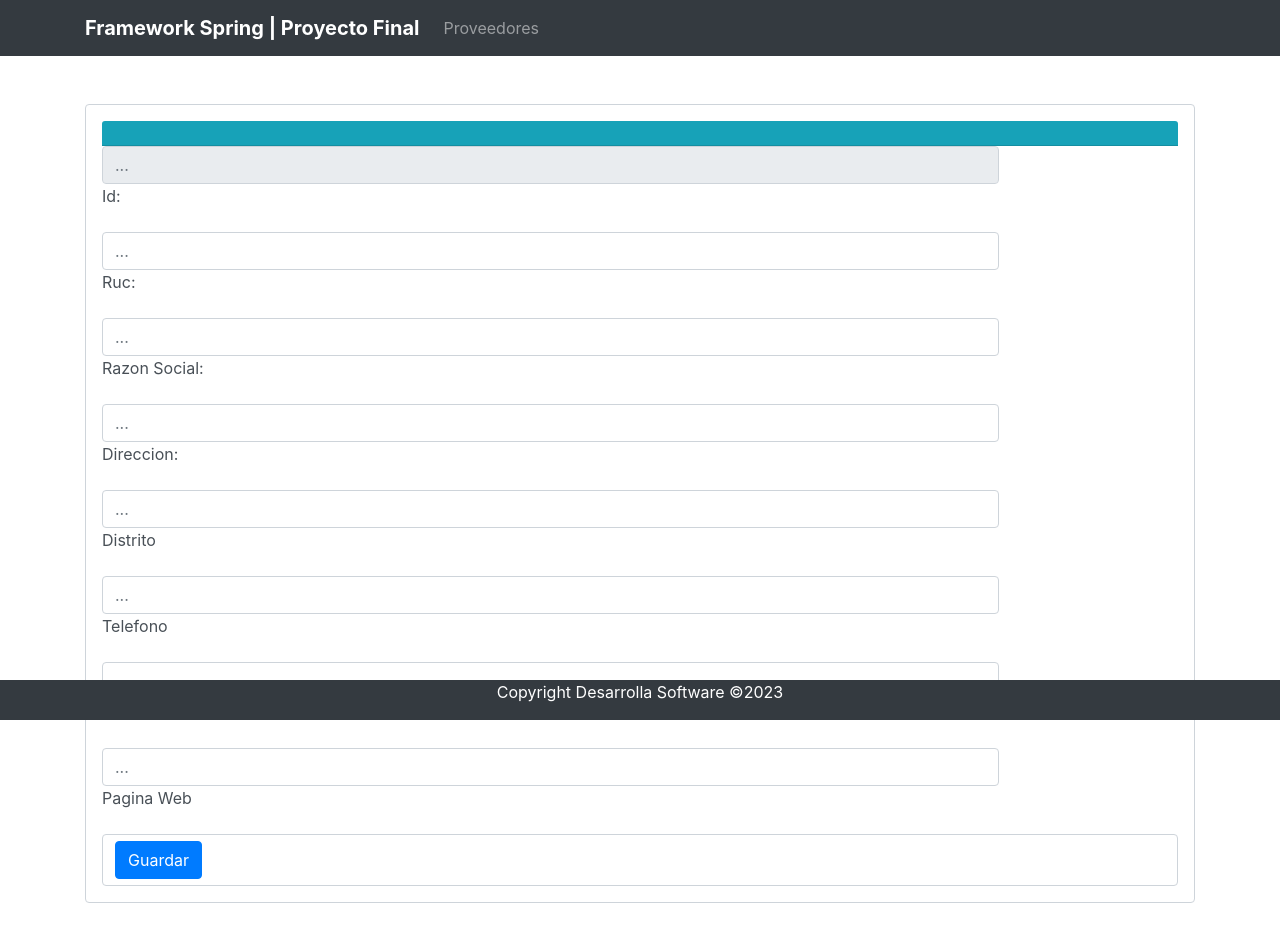
Repository: jeanyantas/proyecto-final-spring
Page: http://localhost/frmEditar
These files come from the project's save history. The page is drawn as it stood at one moment and after the next save; the edit follows.
The browser window is 1280 px wide. The pictures show the whole page.
The page is this project's Thymeleaf template; nobody is signed in. The template is opened directly, without the code that normally fills it, so the values that code supplies are empty.

Above is the page before, as saved 2023-01-15 21:28:00.

After the next save:
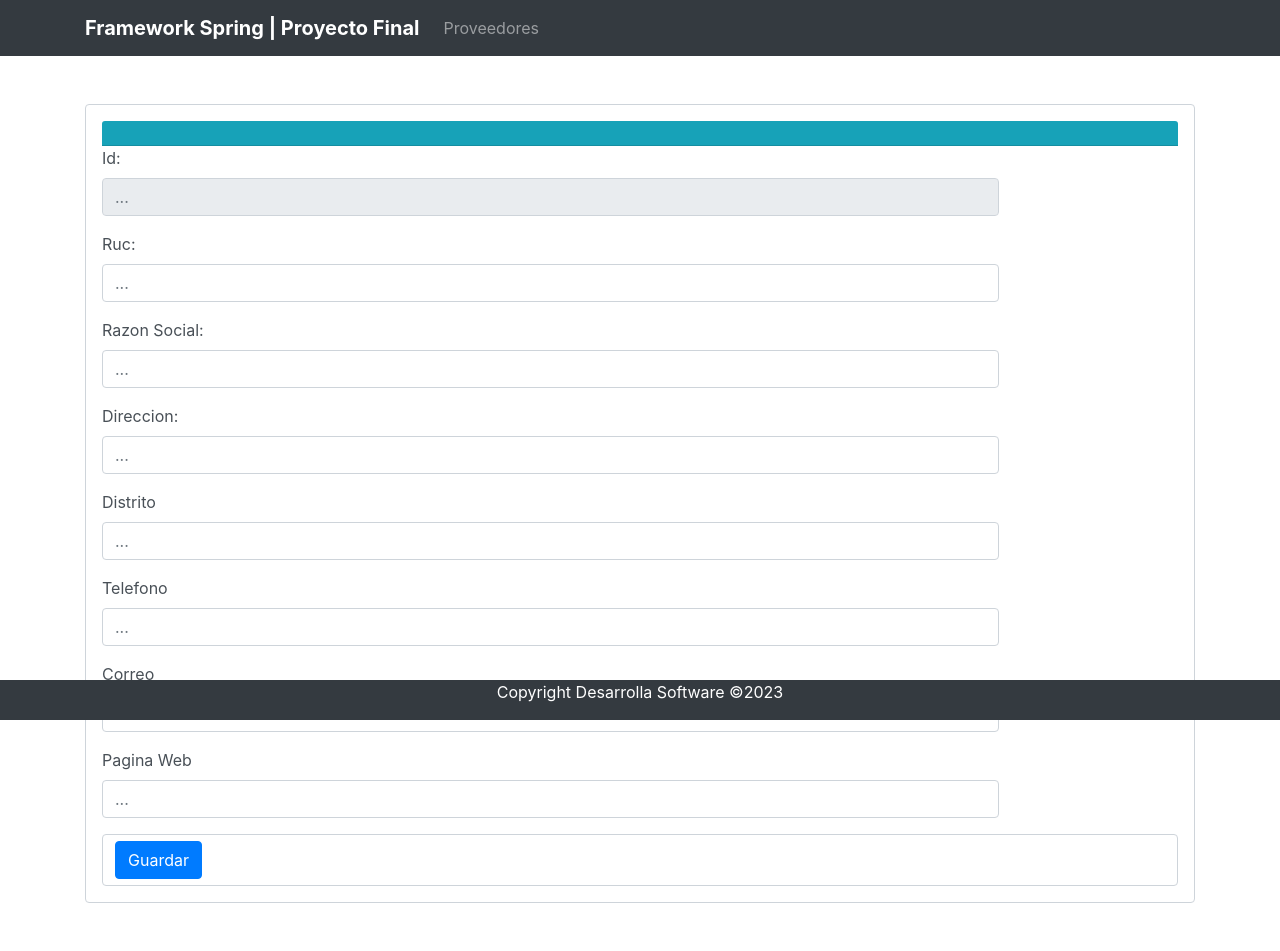
Saved 110 s later.
--- a/moduloProveedor/src/main/resources/templates/frmEditar.html
+++ b/moduloProveedor/src/main/resources/templates/frmEditar.html
@@ -6,37 +6,37 @@
 		<div class="container mt-2">
 			<form class="form-control p-3 my-5" th:action="@{/grabar}" th:object="${proveedor}" method="post">
 					<div class="card-header bg-info text-white" th:text="${titulo}"></div>
-					<div class="form-floating mb-3">
+					<div class="mb-3">
+						<label for="id">Id:</label>
 						<input type="text" readonly th:field="*{id}" class="form-control col-md-10" id="id" placeholder="...">
-						<label for="id">Id:</label>
+					</div>
+					<div class="mb-3">
+						<label for="ruc">Ruc:</label>
+						<input type="text" th:field="*{ruc}" class="form-control col-md-10" id="ruc" placeholder="...">
+					</div>
+					<div class="mb-3">
+						<label for="razonSocial">Razon Social:</label>
+						<input type="text" th:field="*{razonsocial}" class="form-control col-md-10" id="razonSocial" placeholder="...">
+					</div>
+					<div class="mb-3">
+						<label for="direccion">Direccion:</label>
+						<input type="text" th:field="*{direccion}" class="form-control col-md-10" id="direccion" placeholder="...">
+					</div>
+					<div class="mb-3">
+						<label for="distrito">Distrito</label>
+						<input type="text" th:field="*{distrito}" class="form-control col-md-10" id="distrito" placeholder="...">
+					</div>
+					<div class="mb-3">
+						<label for="telefono">Telefono</label>
+						<input type="text" th:field="*{telefono}" class="form-control col-md-10" id="telefono" placeholder="...">
 					</div>
 					<div class="form-floating mb-3">
-						<input type="text" th:field="*{ruc}" class="form-control col-md-10" id="ruc" placeholder="...">
-						<label for="ruc">Ruc:</label>
+						<label for="correo">Correo</label>
+						<input type="text" th:field="*{correo}" class="form-control col-md-10" id="correo" placeholder="...">
 					</div>
 					<div class="form-floating mb-3">
-						<input type="text" th:field="*{razonsocial}" class="form-control col-md-10" id="razonSocial" placeholder="...">
-						<label for="razonSocial">Razon Social:</label>
-					</div>
-					<div class="form-floating mb-3">
-						<input type="text" th:field="*{direccion}" class="form-control col-md-10" id="direccion" placeholder="...">
-						<label for="direccion">Direccion:</label>
-					</div>
-					<div class="form-floating mb-3">
-						<input type="text" th:field="*{distrito}" class="form-control col-md-10" id="distrito" placeholder="...">
-						<label for="distrito">Distrito</label>
-					</div>
-					<div class="form-floating mb-3">
-						<input type="text" th:field="*{telefono}" class="form-control col-md-10" id="telefono" placeholder="...">
-						<label for="telefono">Telefono</label>
-					</div>
-					<div class="form-floating mb-3">
-						<input type="text" th:field="*{correo}" class="form-control col-md-10" id="correo" placeholder="...">
-						<label for="correo">Correo</label>
-					</div>
-					<div class="form-floating mb-3">
+						<label for="paginaWeb">Pagina Web</label>
 						<input type="text" th:field="*{paginaweb}" class="form-control col-md-10" id="paginaWeb" placeholder="...">
-						<label for="paginaWeb">Pagina Web</label>
 					</div>
 				<div class="form-control">
 					<input type="submit" class="btn btn-primary" value="Guardar">
